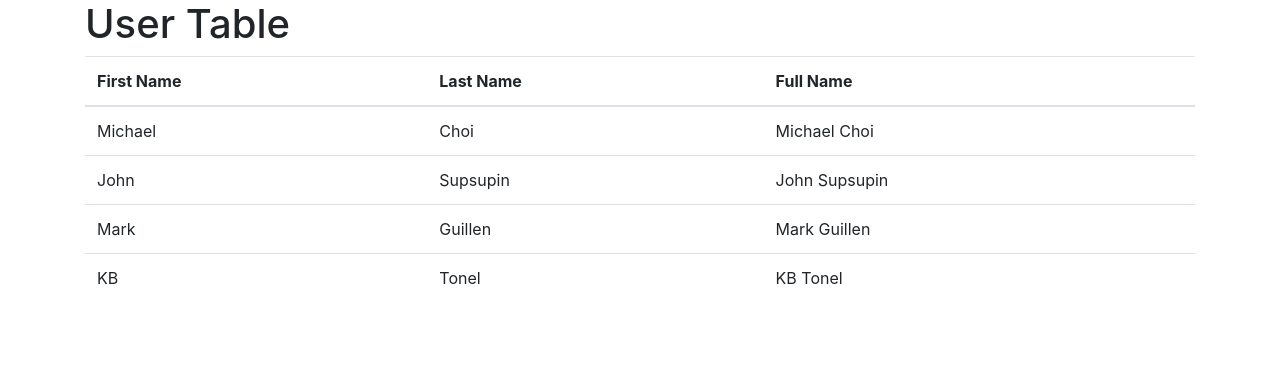
Repository: TurkiOussema54/Bootcamp-PYTHON
Page: http://localhost/
An editor plug-in stored every save of this project. The page is shown before and after the next save, followed by the edit.
The browser window is 1280 px wide. The pictures show the whole page.
The page is served by the project's application, run on Flask 3 (app.py).

Above is the page before, as saved 2023-10-03 16:51:47.

### HTML_table/templates/table.html
<!DOCTYPE html>
<html>
<head>
    <title>User Table</title>
    <!-- Link to a CSS framework like Bootstrap or Foundation -->
    <!-- Example using Bootstrap -->
    <link rel="stylesheet" href="https://stackpath.bootstrapcdn.com/bootstrap/4.5.2/css/bootstrap.min.css">
</head>
<body>
    <div class="container">
        <h1>User Table</h1>
        <table class="table">
            <thead>
                <tr>
                    <th>First Name</th>
                    <th>Last Name</th>
                    <th>Full Name</th>
                </tr>
            </thead>
            <tbody>
                {% for user in users %}
                    <tr>
                        <td>{{ user['first_name'] }}</td>
                        <td>{{ user['last_name'] }}</td>
                        <td>{{ user['first_name'] }} {{ user['last_name'] }}</td>
                    </tr>
                {% endfor %}
            </tbody>
        </table>
    </div>
</body>
</html>

### HTML_table/app.py
from flask import Flask, render_template

app = Flask(__name__)

@app.route('/')
def display_table():
    users = [
        {'first_name': 'Michael', 'last_name': 'Choi'},
        {'first_name': 'John', 'last_name': 'Supsupin'},
        {'first_name': 'Mark', 'last_name': 'Guillen'},
        {'first_name': 'KB', 'last_name': 'Tonel'}
    ]
    return render_template('table.html', users=users)

if __name__ == '__main__':
    app.run(debug=True)

After the next save:
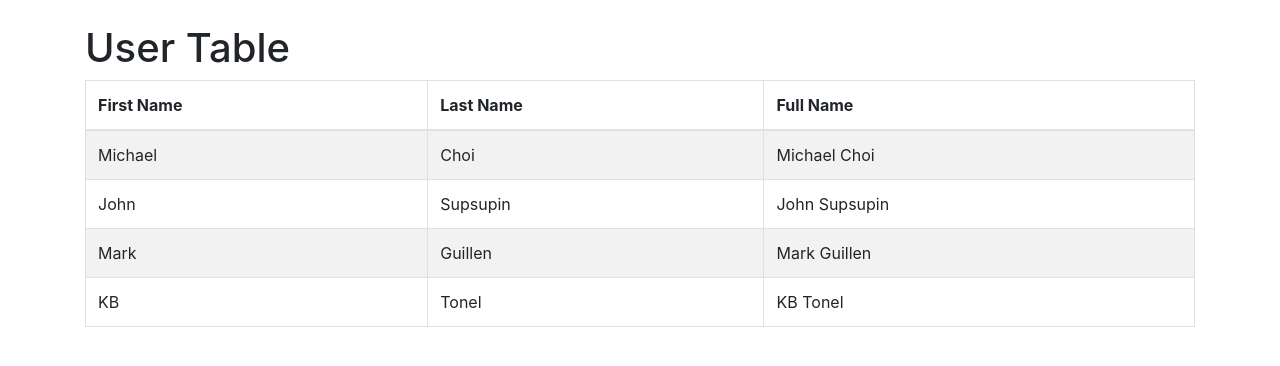
Saved 4 min 34 s later.
--- a/HTML_table/templates/table.html
+++ b/HTML_table/templates/table.html
@@ -2,14 +2,13 @@
 <html>
 <head>
     <title>User Table</title>
-    <!-- Link to a CSS framework like Bootstrap or Foundation -->
-    <!-- Example using Bootstrap -->
-    <link rel="stylesheet" href="https://stackpath.bootstrapcdn.com/bootstrap/4.5.2/css/bootstrap.min.css">
+    <!-- Link to Bootstrap CSS -->
+    <link rel="stylesheet" href="https://maxcdn.bootstrapcdn.com/bootstrap/4.5.2/css/bootstrap.min.css">
 </head>
 <body>
-    <div class="container">
+    <div class="container mt-4">
         <h1>User Table</h1>
-        <table class="table">
+        <table class="table table-bordered table-striped">
             <thead>
                 <tr>
                     <th>First Name</th>
